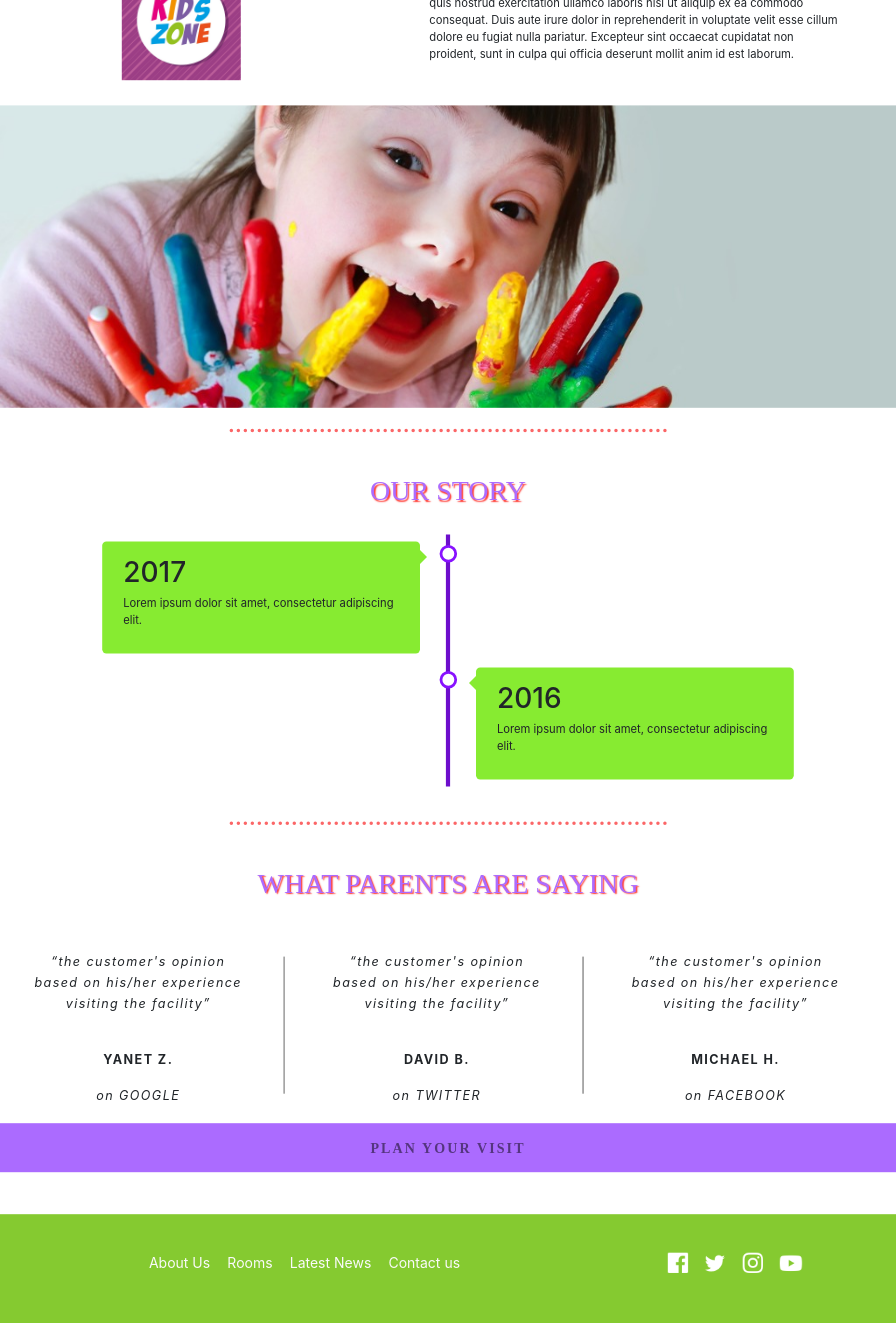
Repository: Code-Institute-Submissions/my-first-frontend-milestone-project
Page: about.html
The author's editor kept a record of every edit. The page is drawn from the files as they stood at one moment, then again after the next edit.
The browser window is 1280 px wide. The pictures show the part of the page from y = 752 to 2672 px (the page is 2642 px tall before and 2672 px after), at 70% of full size.
Some web fonts or font styles are not loaded; a fallback is used.

Above is the page before.

After the next edit:
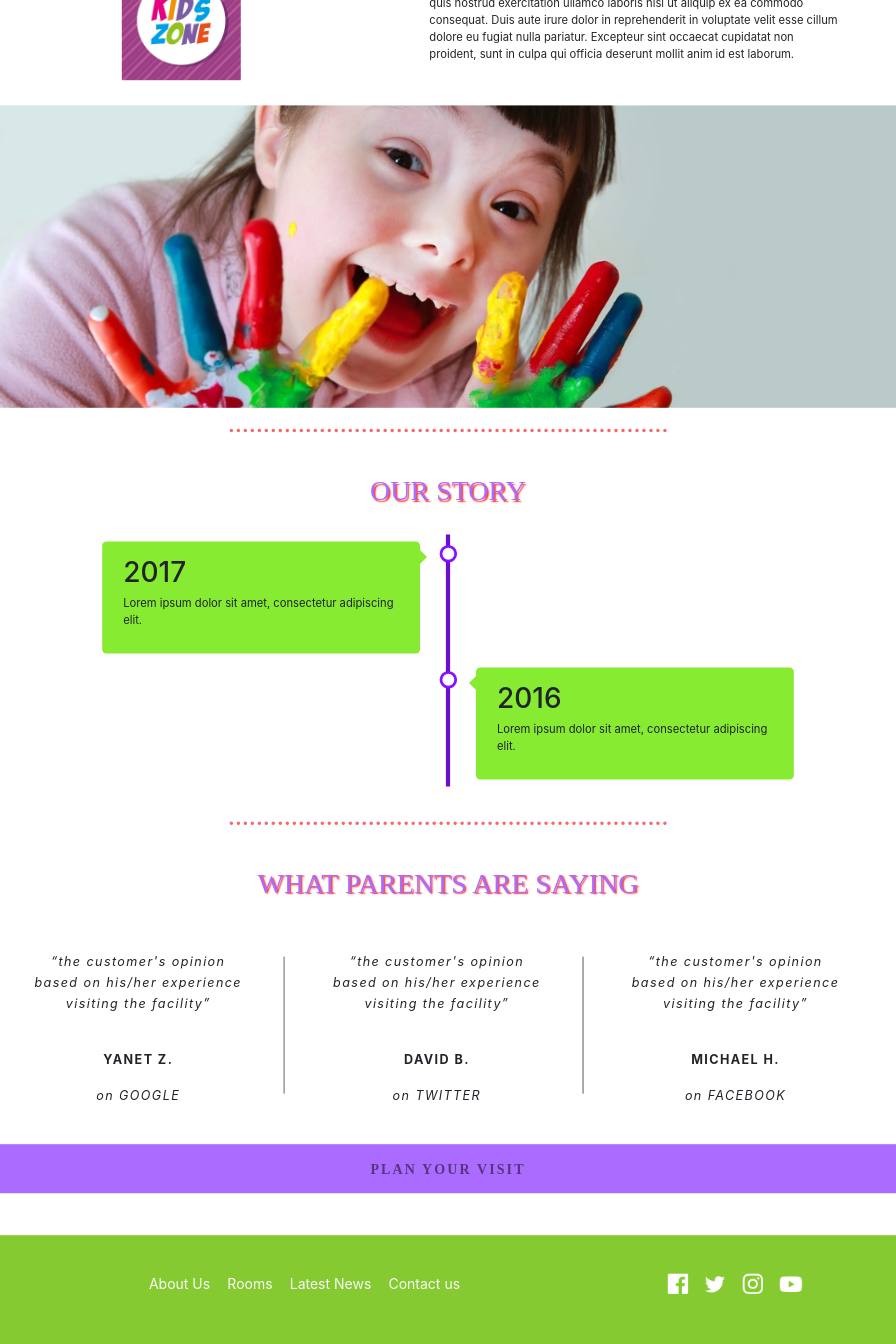
The edit:
--- a/css/style.css
+++ b/css/style.css
@@ -336,7 +336,8 @@
     text-transform: uppercase;
     text-decoration: none;
     font-family: 'Salsa', cursive;
-    margin-bottom:40px;
+    margin-bottom:30px;
+    margin-top:30px;
 }
 
 .planyourvisit-btn:hover {
